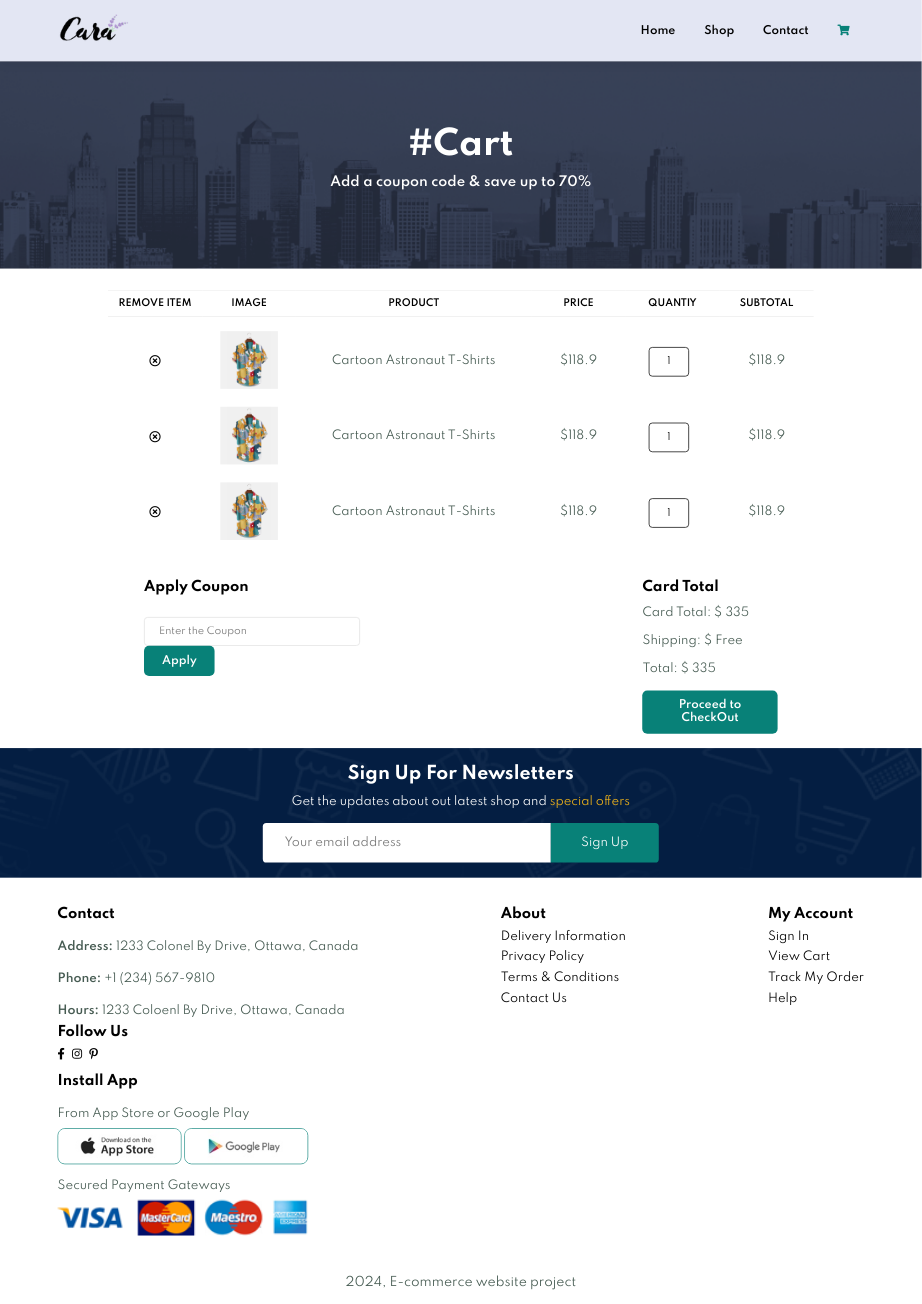
Repository: Daryllgio/E-Commerce-Website-UI
Page: cart.html
An editor plug-in stored every save of this project. The page is shown before and after the next save, followed by the edit.
The browser window is 1280 px wide. The pictures show the whole page, at 72% of full size.
Some web libraries are served in a nearby version.

Above is the page before, as saved 2025-01-09 10:49:31.

After the next save:
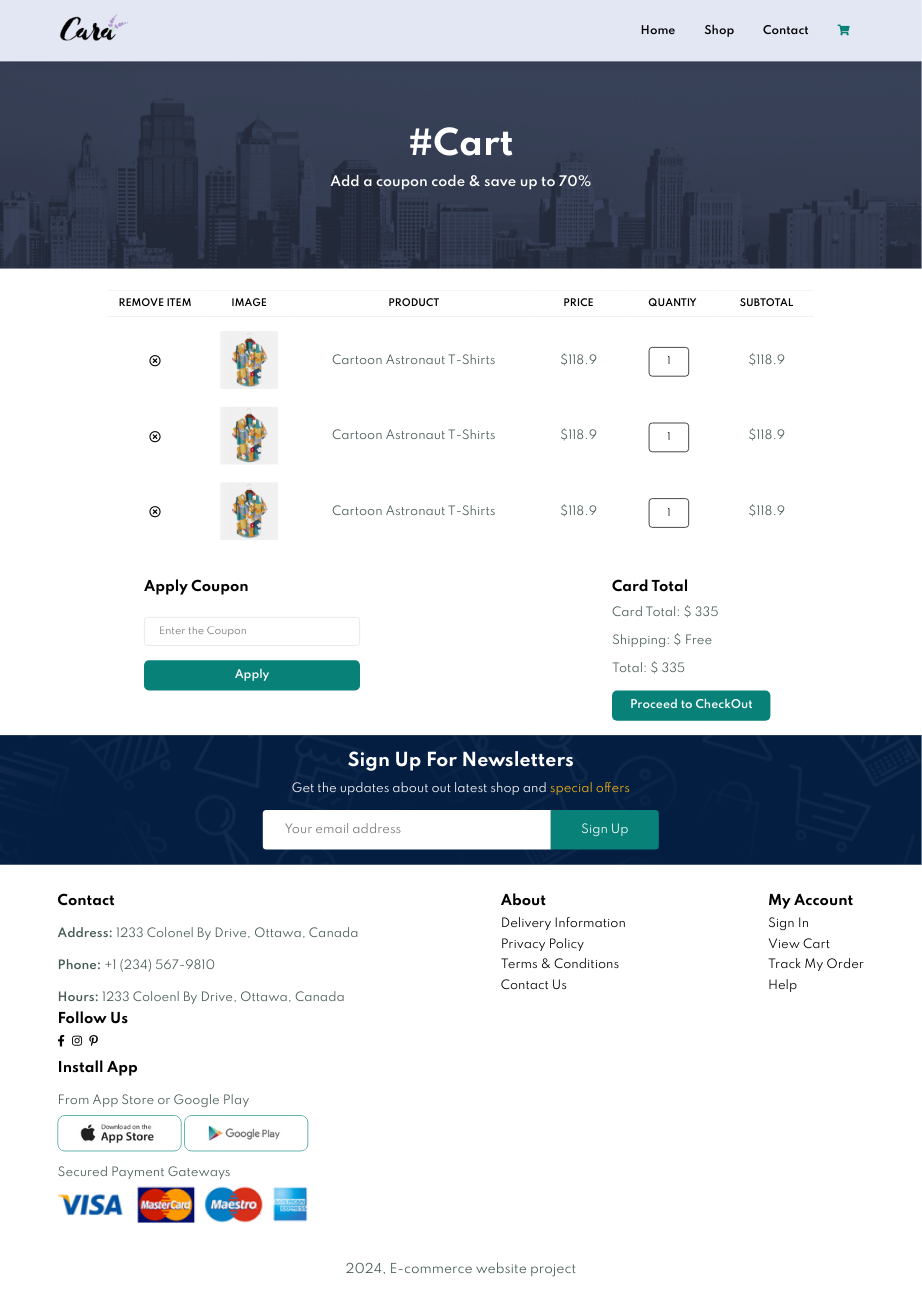
Saved 18 s later.
--- a/cart.html
+++ b/cart.html
@@ -206,11 +206,8 @@
             <h3>
                 Apply Coupon
             </h3>
-            <div>
-                <input placeholder="Enter the Coupon" class="Coupon-Input" />
-                <button class="Button">Apply</button>
-
-            </div>
+            <input placeholder="Enter the Coupon" class="Coupon-Input" />
+            <button class="Button">Apply</button>
         </div>
 
         <div>
